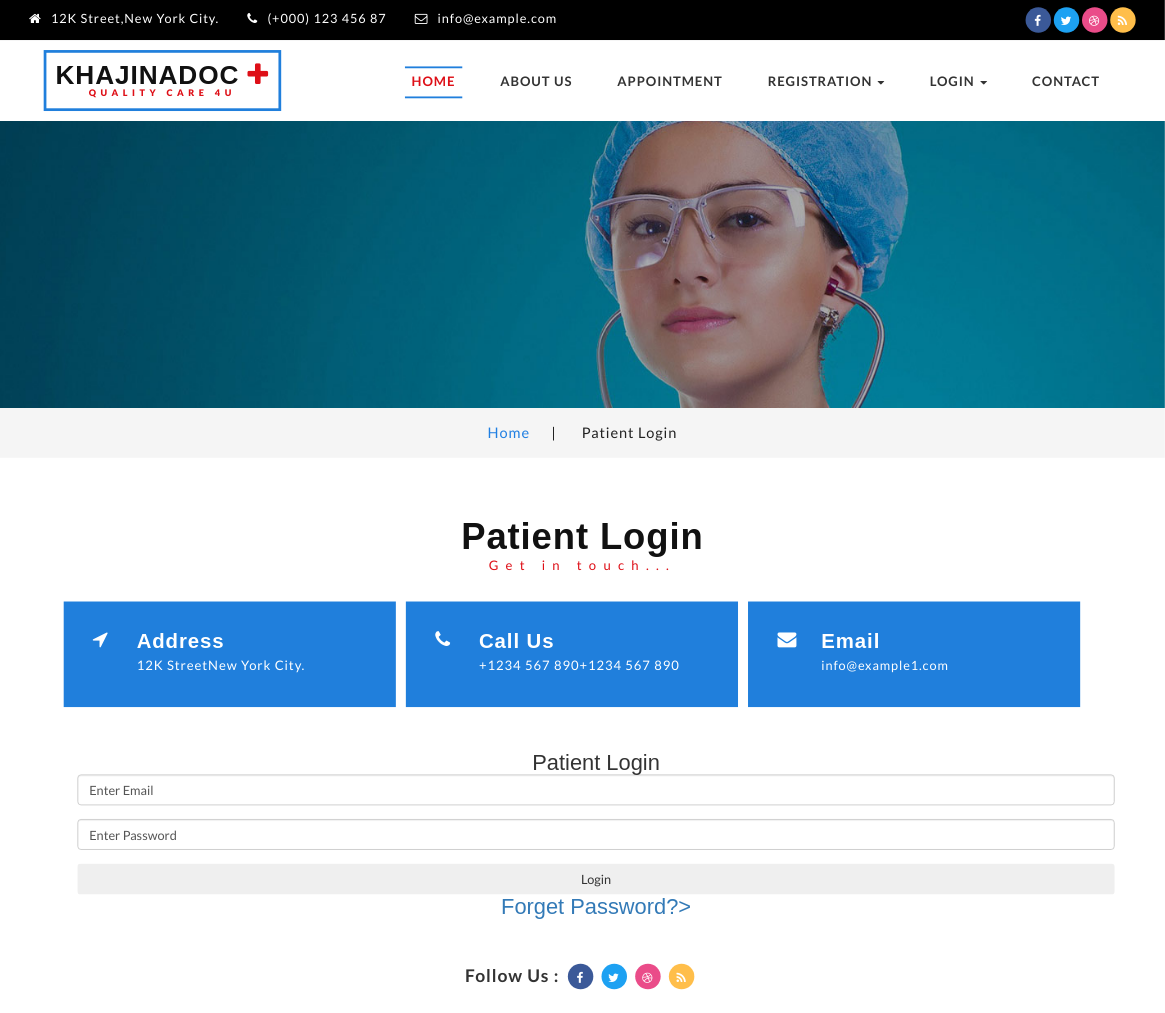
Repository: 72-faisal/work_to_do
Page: http://localhost/Khajina_Doctor/Patient_Login.jsp
These files come from the project's save history. The page is drawn as it stood at one moment and after the next save; the edit follows.
The browser window is 1280 px wide. The pictures show the part of the page from y = 0 to 1113 px (the page is 2171 px tall before and 2133 px after), at 91% of full size.
Pictures or frames that could not be fetched are drawn as grey boxes. Some web fonts or font styles are not loaded; a fallback is used. The page is served by Tomcat 9.

Above is the page before, as saved 2023-04-10 11:18:52.

After the next save:
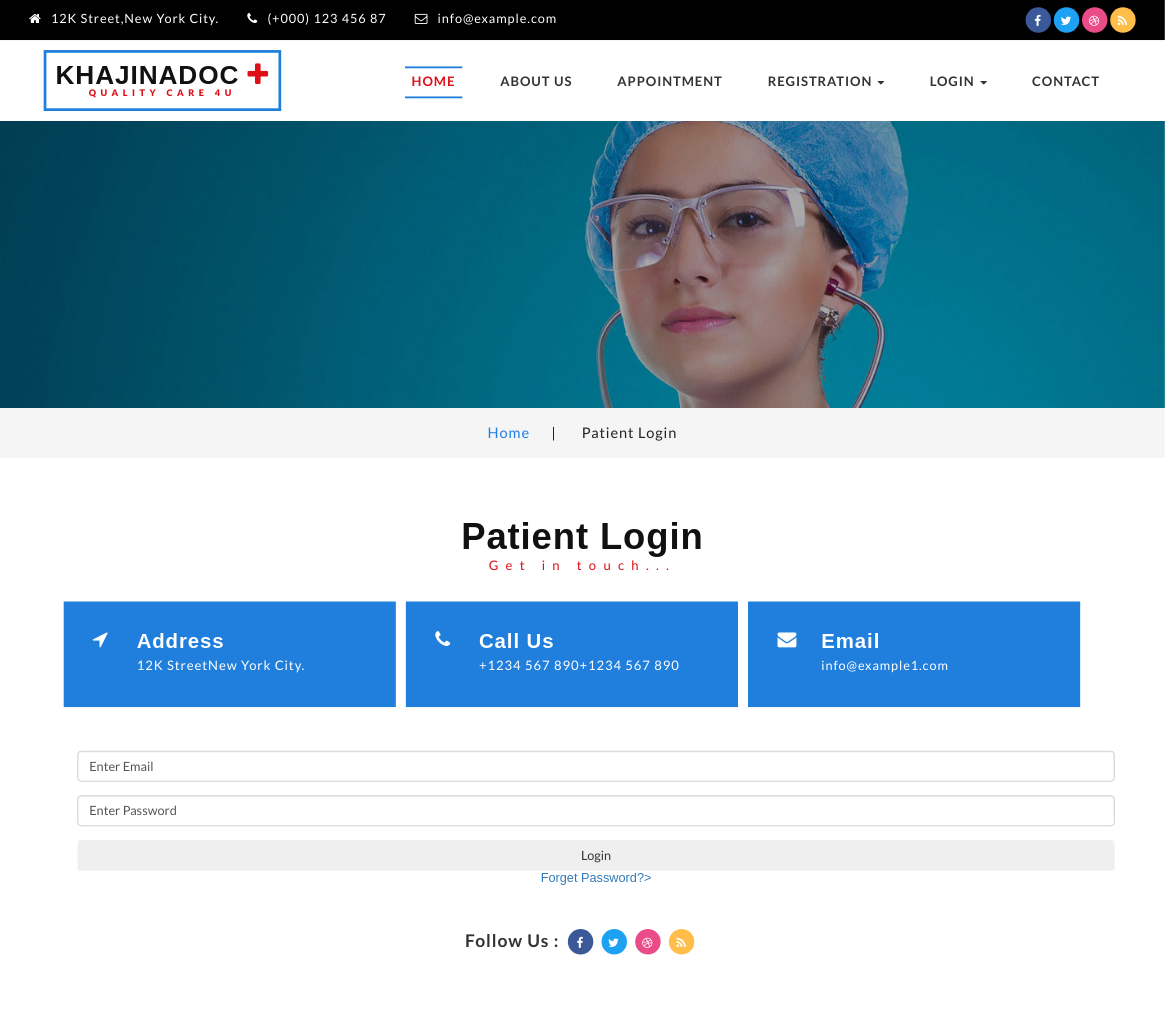
Saved 70 s later.
--- a/Khajina_Doctor/Khajina_Doctor/src/main/webapp/Patient_Login.jsp
+++ b/Khajina_Doctor/Khajina_Doctor/src/main/webapp/Patient_Login.jsp
@@ -156,7 +156,6 @@ Smartphone Compatible web template, free web designs for Nokia, Samsung, LG, Son
 				 <!--contact -->
       <section class="contact py-lg-4 py-md-3 py-sm-3 py-3">
          <div class="container py-lg-5 py-md-4 py-sm-4 py-3">
-            <h3 class="title text-center mb-lg-5 mb-md-4 mb-sm-4 mb-3">Patient Login</h3>
             <div class="contact-list-grid">
 
                <form action="PatientController" method="post">
@@ -173,9 +172,9 @@ Smartphone Compatible web template, free web designs for Nokia, Samsung, LG, Son
                   </div>
 
                </form>
-                <h3 class="text-center mb-lg-5 mb-md-4 mb-sm-4 mb-3">
+                <h5 class="text-center mb-lg-5 mb-md-4 mb-sm-4 mb-3">
                	<a href="patient-forgetpassword.jsp">Forget Password?></a>
-               </h3>
+               </h5>
             </div>
          </div>
          <!--//contact-map -->
